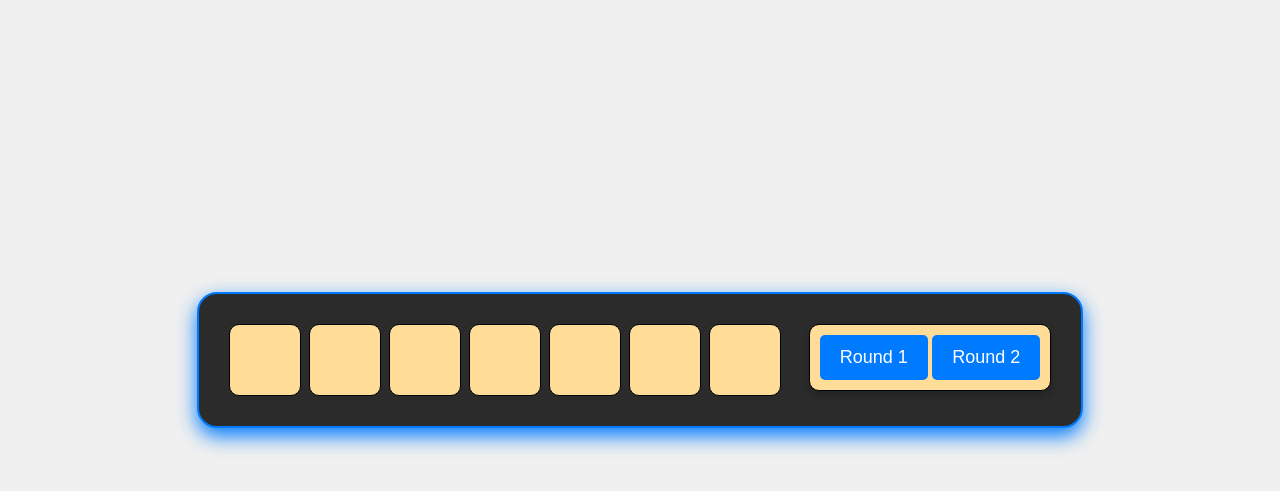
Repository: radisyah/THE_BRAIN_STORM
Page: Broken Link.html
The author's editor kept a copy of each file at every save. The page is drawn from the files as they stood at one save, then again after the next save.
The browser window is 1280 px wide. The pictures show the whole page.

Above is the page before, as saved 2024-11-09 13:19:51.

After the next save:
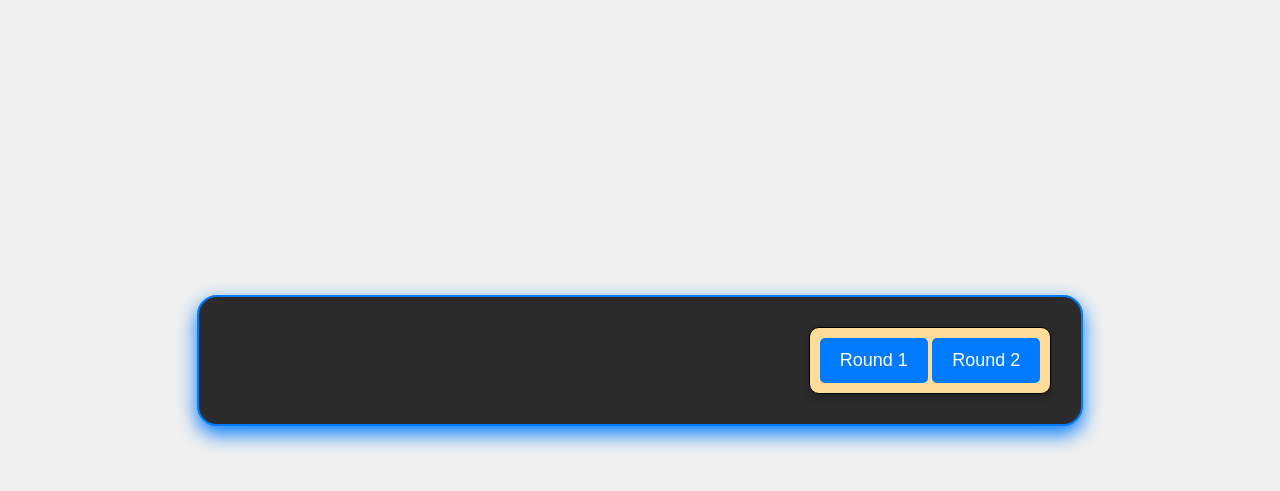
Console error: ReferenceError: round1GridData is not defined
Saved 33 s later.
--- a/Broken Link.html
+++ b/Broken Link.html
@@ -166,32 +166,28 @@
 let lockedGrids = new Set();
 
 
-// Fungsi untuk memuat soal berdasarkan ronde yang dipilih
+// Function to load questions for the selected round
 function loadQuestion(round) {
-    // Kosongkan grid yang ada
-    const container = document.getElementById('gridContainer');
-    container.innerHTML = ''; // Hapus semua elemen grid lama
-
-    // Reset variabel global
-    currentPath = [];
-    lockedGrids.clear();
-
-    // Pilih data yang sesuai berdasarkan ronde
-    let gridData, correctPaths;
+    // Clear the grid before loading new round
+    document.getElementById('gridContainer').innerHTML = '';
+
+    // Load the appropriate grid and paths based on the round
     if (round === 1) {
-        gridData = gridDataRound1;
-        correctPaths = correctPathsRound1;
+        gridData = round1GridData;
+        correctPaths = round1Paths;
     } else if (round === 2) {
-        gridData = gridDataRound2;
-        correctPaths = correctPathsRound2;
-    }
-
-    // Generate grid untuk ronde yang dipilih
-    generateGrid(gridData, correctPaths);
-}
-
-// Fungsi untuk membuat grid berdasarkan data yang diberikan
-function generateGrid(gridData, correctPaths) {
+        gridData = round2GridData;
+        correctPaths = round2Paths;
+    }
+
+    // Generate the grid for the selected round
+    generateGrid();
+}
+
+
+
+// Function to generate the grid dynamically
+function generateGrid() {
     const container = document.getElementById('gridContainer');
     gridData.forEach(item => {
         const gridItem = document.createElement('div');
@@ -207,7 +203,7 @@
         container.appendChild(gridItem);
 
         gridItem.addEventListener('click', (event) => {
-            handleGridClick(event, item.number, correctPaths);
+            handleGridClick(event, item.number);
         });
 
         if (lockedGrids.has(item.number)) {
@@ -216,10 +212,10 @@
     });
 }
 
-// Fungsi untuk menangani klik pada grid (perubahan agar sesuai dengan ronde yang dipilih)
-function handleGridClick(event, clickedNumber, correctPaths) {
+// Function to handle grid click events
+function handleGridClick(event, clickedNumber) {
     if (lockedGrids.has(clickedNumber)) {
-        return;
+        return; // Don't allow click if grid is locked
     }
 
     if (currentPath.length === 0) {
@@ -228,13 +224,13 @@
         return;
     }
 
-    if (isValidStep(clickedNumber, correctPaths)) {
+    if (isValidStep(clickedNumber)) {
         currentPath.push(clickedNumber);
         event.currentTarget.classList.add("blue");
 
         highlightCurrentPath();
 
-        if (isPathComplete(correctPaths)) {
+        if (isPathComplete()) {
             lockPath();
         }
     } else {
@@ -242,8 +238,8 @@
     }
 }
 
-// Fungsi lainnya tetap seperti sebelumnya, hanya menambahkan parameter correctPaths untuk mendukung ronde yang berbeda
-function isValidStep(clickedNumber, correctPaths) {
+// Function to check if the step clicked is valid
+function isValidStep(clickedNumber) {
     const lastStep = currentPath[currentPath.length - 1];
     return correctPaths.some(path => {
         const indexLastStep = path.indexOf(lastStep);
@@ -254,7 +250,18 @@
     });
 }
 
-function isPathComplete(correctPaths) {
+function highlightCurrentPath() {
+    document.querySelectorAll(".grid-item").forEach(item => {
+        const number = parseInt(item.getAttribute("data-number"));
+        if (currentPath.includes(number)) {
+            item.classList.add("blue");
+        } else {
+            item.classList.remove("blue");
+        }
+    });
+}
+
+function isPathComplete() {
     return correctPaths.some(path => {
         return path.every(step => currentPath.includes(step)) || path.reverse().every(step => currentPath.includes(step));
     });
@@ -265,6 +272,7 @@
         lockedGrids.add(step);
         document.querySelector(`[data-number="${step}"]`).classList.add("locked");
     });
+
     currentPath = [];
 }
 

After the save that followed:
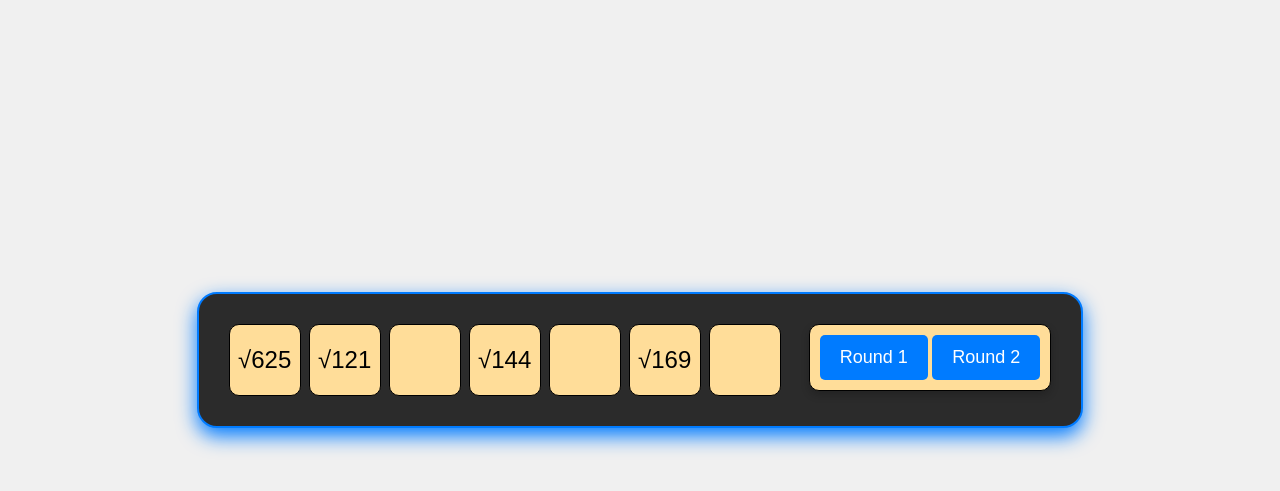
The error is gone.
Saved 8 s later.
--- a/Broken Link.html
+++ b/Broken Link.html
@@ -133,38 +133,37 @@
 
 <script>
     // Data for grid and paths (different paths for each round)
-// Data untuk grid dan jalur dinamis untuk ronde 1 dan ronde 2
-const gridDataRound1 = [
+const round1GridData = [
+    { number: 1, hasNumber: '√625' },
+    { number: 2, hasNumber: '√121' },
+    { number: 3, hasNumber: false },
+    { number: 4, hasNumber: '√144' },
+    { number: 5, hasNumber: false },
+    { number: 6, hasNumber: '√169' },
+    { number: 7, hasNumber: false },
+];
+
+const round2GridData = [
     { number: 1, hasNumber: false },
     { number: 2, hasNumber: false },
     { number: 3, hasNumber: false },
-    { number: 4, hasNumber: false },
+    { number: 4, hasNumber: '√144' },
     { number: 5, hasNumber: false },
     { number: 6, hasNumber: false },
-    { number: 7, hasNumber: false }
-];
-
-const gridDataRound2 = [
-    { number: 8, hasNumber: false },
-    { number: 9, hasNumber: false },
-    { number: 10, hasNumber: false },
-    { number: 11, hasNumber: false },
-    { number: 12, hasNumber: false },
-    { number: 13, hasNumber: false },
-    { number: 14, hasNumber: false }
-];
-
-const correctPathsRound1 = [
-    [1, 2, 3, 4, 5, 6, 7]
-];
-
-const correctPathsRound2 = [
-    [8, 9, 10, 11, 12, 13, 14]
-];
-
-let currentPath = [];
-let lockedGrids = new Set();
-
+    { number: 7, hasNumber: '√169' },
+];
+
+// Correct paths (example paths for each round)
+const round1Paths = [
+    [1, 2, 4, 6],
+];
+
+const round2Paths = [
+    [2, 3, 5, 7],
+];
+
+let currentPath = []; // Keeps track of the selected path
+let lockedGrids = new Set(); // Keeps track of locked grids
 
 // Function to load questions for the selected round
 function loadQuestion(round) {
@@ -183,8 +182,6 @@
     // Generate the grid for the selected round
     generateGrid();
 }
-
-
 
 // Function to generate the grid dynamically
 function generateGrid() {
